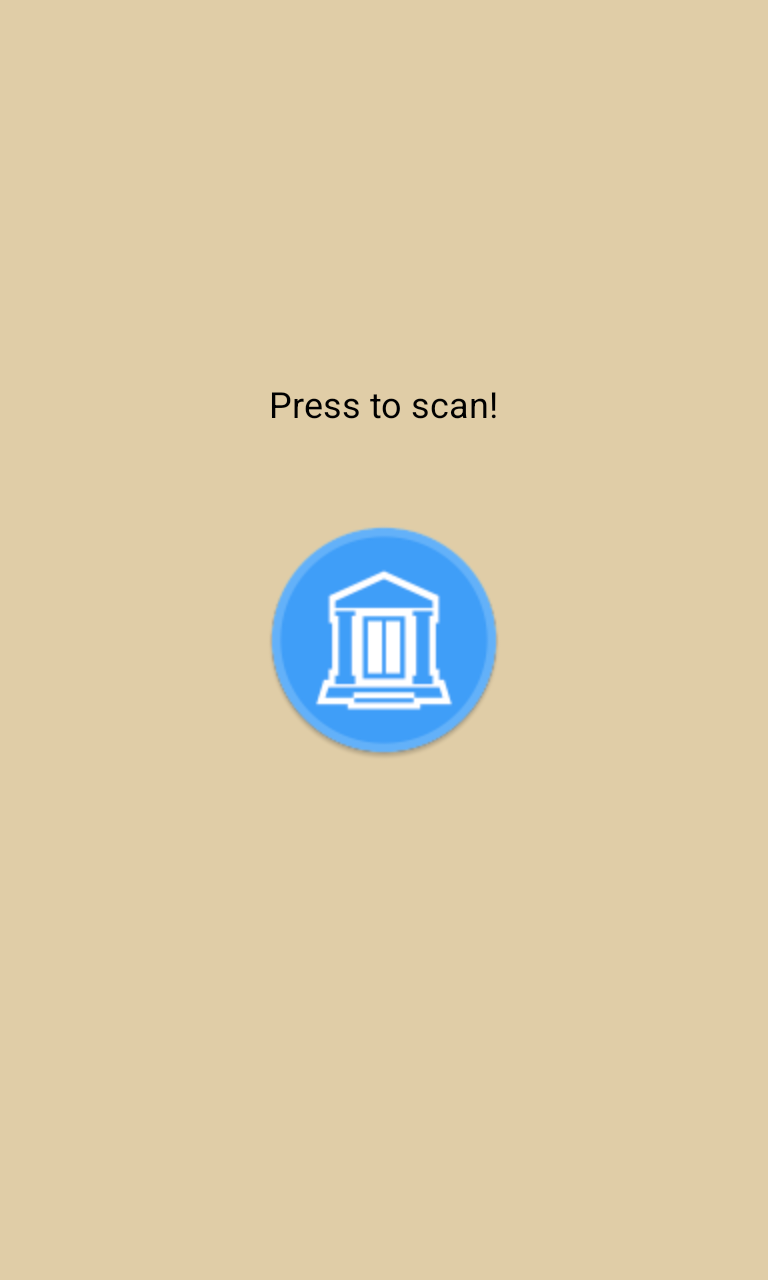
Repository: Kitsopappas/QBIReader
Layout: QBIReader/res/layout/activity_main.xml
The author's editor kept a copy of each file at every save. The layout is drawn from the files as they stood at one save, then again after the next save.
It is drawn on a 768 x 1280 px phone screen (xhdpi) without system bars, with theme AppTheme; the app's code is not run.

Above is the layout before, as saved 2015-03-19 14:35:59.

After the next save:
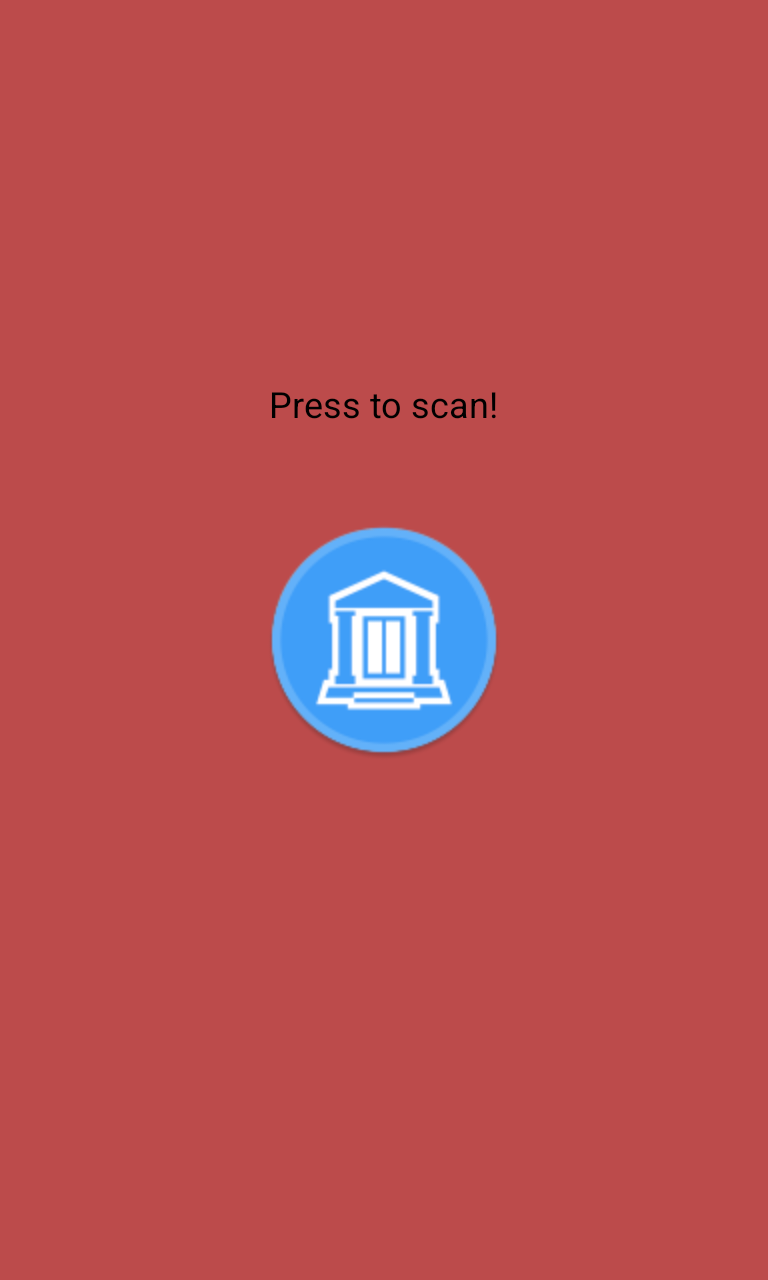
Saved 24 s later.
--- a/QBIReader/res/layout/activity_main.xml
+++ b/QBIReader/res/layout/activity_main.xml
@@ -2,7 +2,7 @@
     xmlns:tools="http://schemas.android.com/tools"
     android:layout_width="match_parent"
     android:layout_height="match_parent"
-    android:background="#e0cda7"
+    android:background="#bc4b4b"
     android:paddingBottom="@dimen/activity_vertical_margin"
     android:paddingLeft="@dimen/activity_horizontal_margin"
     android:paddingRight="@dimen/activity_horizontal_margin"
